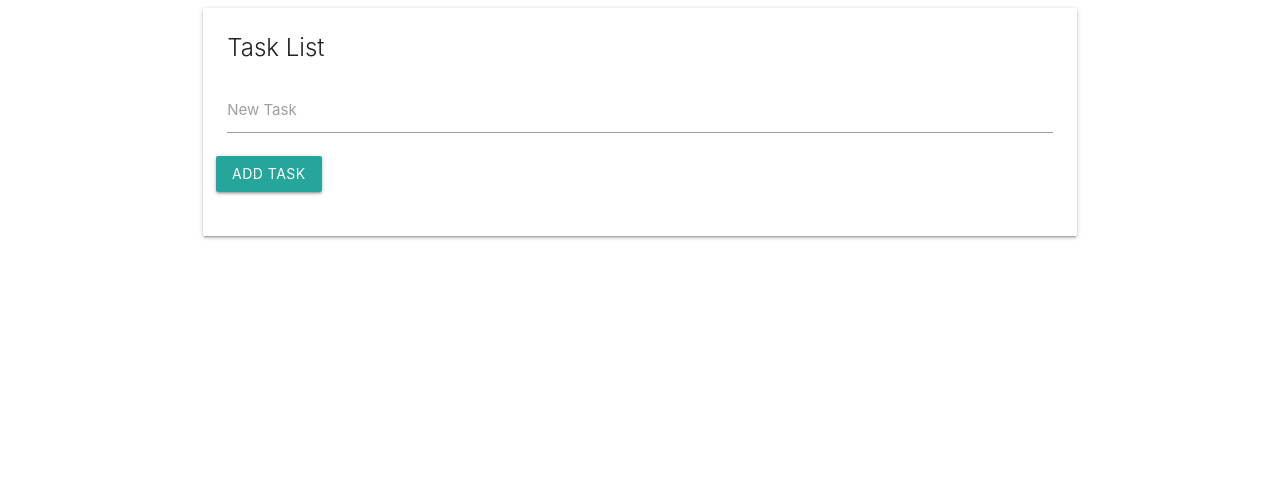
Repository: Carboplatin/TaskListVol2
Page: index.html
The author's editor kept a copy of each file at every save. The page is drawn from the files as they stood at one save, then again after the next save.
The browser window is 1280 px wide. The pictures show the whole page.

Above is the page before, as saved 2019-06-26 19:10:36.

### index.html
<!DOCTYPE html>
<html lang="en">
<head>
  <meta charset="UTF-8">
  <meta name="viewport" content="width=device-width, initial-scale=1.0">
  <meta http-equiv="X-UA-Compatible" content="ie=edge">
  <link rel="stylesheet" href="https://cdnjs.cloudflare.com/ajax/libs/materialize/1.0.0/css/materialize.min.css">
  <link href="https://stackpath.bootstrapcdn.com/font-awesome/4.7.0/css/font-awesome.min.css" rel="stylesheet" integrity="sha384-wvfXpqpZZVQGK6TAh5PVlGOfQNHSoD2xbE+QkPxCAFlNEevoEH3Sl0sibVcOQVnN" crossorigin="anonymous">
  <title>Task List version2</title>
</head>
<body>
  <div class="container">
    <div class="row">
      <div class="col s12">
        <div id="main" class="card">
          <div class="card-content">
            <span class="card-title">Task List</span>
            <div class="row">
              <form id="task-form">
                <div class="input-field col s12">
                  <input type="text" name="task" id="task">
                  <label for="task">New Task</label>
                </div>
                <input type="submit" value="Add task" class="btn">
              </form>
            </div>
          </div>
        </div>
      </div>
    </div>
  </div>

  <script
  src="https://code.jquery.com/jquery-3.4.1.js"
  integrity="sha256-WpOohJOqMqqyKL9FccASB9O0KwACQJpFTUBLTYOVvVU="
  crossorigin="anonymous"></script>
  <script src="https://cdnjs.cloudflare.com/ajax/libs/materialize/1.0.0/js/materialize.min.js"></script>
  <!-- script tag for our app js file -->
  <script src="app.js"></script>

</body>
</html>

Loaded but not shown: app.js (no copy from this time; the picture is the same without it)

After the next save:
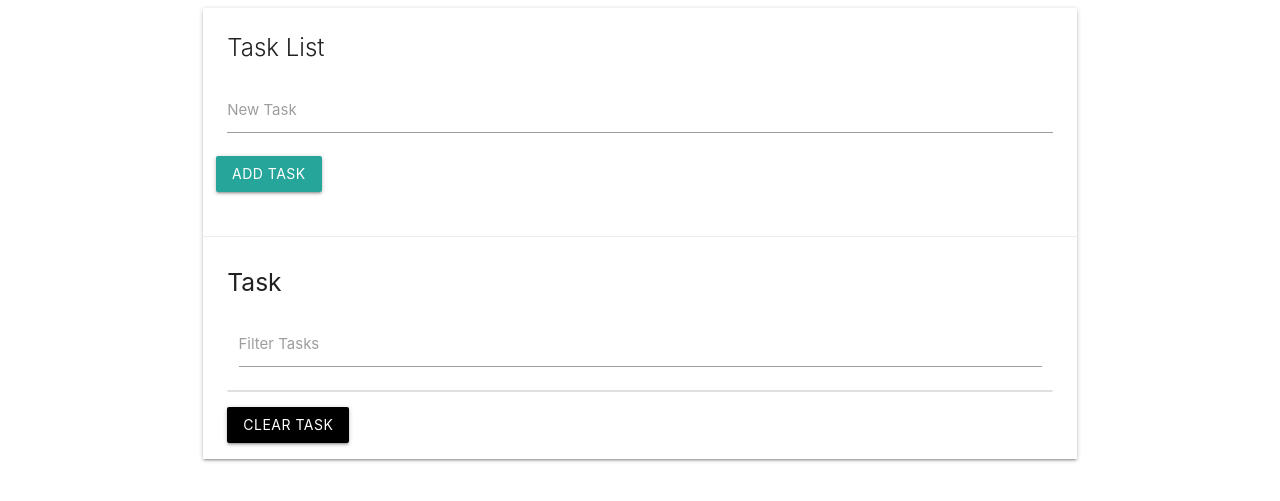
Saved 3 min 5 s later.
--- a/index.html
+++ b/index.html
@@ -25,6 +25,15 @@
               </form>
             </div>
           </div>
+          <div class="card-action">
+            <h5 id="task-title">Task</h5>
+            <div class="input-field col s12">
+              <input type="text" name="filter" id="filter">
+              <label for="filter">Filter Tasks</label>
+            </div>
+            <ul class="collection"></ul>
+            <a href="#" class="clear-task btn black">Clear task</a>
+          </div>
         </div>
       </div>
     </div>
